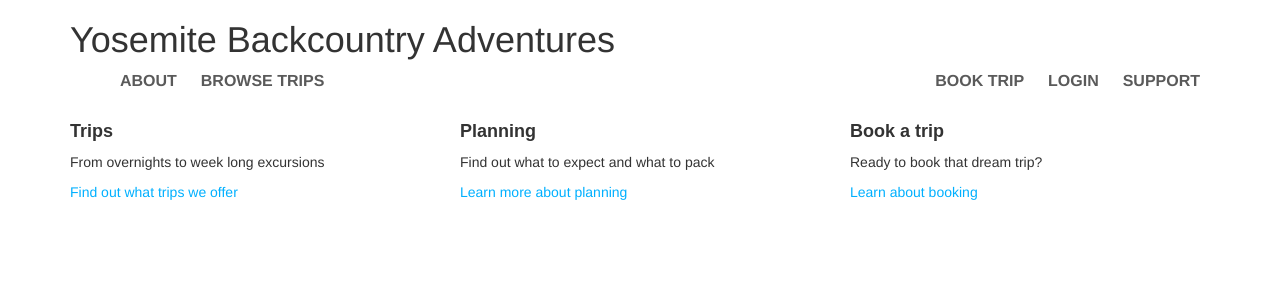
Repository: nageek17/eadventures
Page: http://localhost/products.php
The author's editor kept a record of every edit. The page is drawn from the files as they stood at one moment, then again after the next edit.
The browser window is 1280 px wide. The pictures show the whole page.
Some web libraries are served in a nearby version. The page is run by PHP 8.4 with error messages shown; the project is at /var/www/html/. Queries for data that is not in the repository find no rows.

Above is the page before.
Console error (its wording comes from the project's code and is left out).

### products.php
    <?php
    header(include 'header.php');

    $con=mysqli_connect("127.0.0.1","kdoung17","","eadventures");

    // Check connection
    if (mysqli_connect_errno()) {
        echo "Failed to connect to MySQL: " . mysqli_connect_error();
    }
    ?>

<?php
    $result = mysqli_query($con,"SELECT * FROM trips;");
    while($row = mysqli_fetch_array($result)) {
?>

  <div class="trips">
    <div class="jumbotron">

      <div class="container">
        <div class="row">
            <div class='col-md-4 thumbnail'>
                <img src=<?php echo $row["image"]; ?> >
            </div>
            <div class='col-md-4'>
                <h3><?php echo $row["trip_name"]; ?></h3>
                <p><?php echo $row["description"]; ?></p>
                </div>
            <div class='col-md-4'>
                <h3>Trip Information</h3>
                <ul>
                    <li>Length: <?php echo $row["length"]; ?> nights </li>
                    <li>Difficulty: <?php echo $row["difficulty"]; ?></li>
                    <li>Group Size: <?php echo $row["group_size"]; ?></li>
                    <li>Cost: $<?php echo $row["cost"]; ?></li>
                </ul>
    		    	<div class="caption">
                    <p><a href="#" class="btn btn-primary" role="button">Book now!</a></p>
              </div>
            </div>
          </div>
        </div>
    </div>
</div>

<?php }
mysqli_close($con);
?>

<?php
    include ('footer.php');
?>

### header.php
<!DOCTYPE html>
<html>
  <head>


    <link rel="stylesheet" href="//netdna.bootstrapcdn.com/bootstrap/3.1.1/css/bootstrap.min.css">
    <link rel="stylesheet" href="//netdna.bootstrapcdn.com/bootstrap/3.1.1/css/bootstrap-theme.min.css">

    <link rel="stylesheet" href="css/main.css">

    <title>eAdventures</title>

  </head>

<body>
    <div class="nav">
      <div class="container">
        <h1 class='heading'>Yosemite Backcountry Adventures</h1>
        <ul class="pull-left" class="active">
          <li><a href="home.php">about</a></li>
          <li><a href="products.php">Browse Trips</a></li>
        </ul>
        <ul class="pull-right">
          <li><a href="booking.html">Book trip</a></li>
          <li><a href="login.html">Login</a></li>
          <li><a href="support.html">Support</a></li>
        </ul>
      </div>
    </div>

### footer.php


<div class="learn-more">
	  <div class="container">
		<div class='row'>
	      <div class='col-md-4'>
			<h3>Trips</h3>
			<p>From overnights to week long excursions</p>
			<p><a href="products.php">Find out what trips we offer</a></p>
	      </div>
		  <div class='col-md-4'>
			<h3>Planning</h3>
			<p>Find out what to expect and what to pack</p>
			<p><a href="faq.php">Learn more about planning</a></p>
		  </div>
		  <div class='col-md-4'>
			<h3>Book a trip</h3>
			<p>Ready to book that dream trip?</p>
			<p><a href="booking.php">Learn about booking</a></p>
		  </div>
	    </div>
	  </div>
	</div>
</div>


<script type="text/javascript" src="jcart/js/jquery-1.4.4.min.js"></script>
<script type="text/javascript" src="jcart/js/jcart.min.js"></script>
<script src="https://maxcdn.bootstrapcdn.com/bootstrap/3.2.0/js/bootstrap.min.js"></script>

</body>
</html>

### jcart/config-loader.php
<?php

// jCart v1.3
// http://conceptlogic.com/jcart/

// By default, this file returns the $config array for use with PHP scripts
// If requested via Ajax, the array is encoded as JSON and echoed out to the browser

// Don't edit here, edit config.php
include_once('config.php');

// Use default values for any settings that have been left empty
if (!$config['currencyCode']) $config['currencyCode']                     = 'USD';
if (!$config['text']['cartTitle']) $config['text']['cartTitle']           = 'Shopping Cart';
if (!$config['text']['singleItem']) $config['text']['singleItem']         = 'Item';
if (!$config['text']['multipleItems']) $config['text']['multipleItems']   = 'Items';
if (!$config['text']['subtotal']) $config['text']['subtotal']             = 'Subtotal';
if (!$config['text']['update']) $config['text']['update']                 = 'update';
if (!$config['text']['checkout']) $config['text']['checkout']             = 'checkout';
if (!$config['text']['checkoutPaypal']) $config['text']['checkoutPaypal'] = 'Checkout with PayPal';
if (!$config['text']['removeLink']) $config['text']['removeLink']         = 'remove';
if (!$config['text']['emptyButton']) $config['text']['emptyButton']       = 'empty';
if (!$config['text']['emptyMessage']) $config['text']['emptyMessage']     = 'Your cart is empty!';
if (!$config['text']['itemAdded']) $config['text']['itemAdded']           = 'Item added!';
if (!$config['text']['priceError']) $config['text']['priceError']         = 'Invalid price format!';
if (!$config['text']['quantityError']) $config['text']['quantityError']   = 'Item quantities must be whole numbers!';
if (!$config['text']['checkoutError']) $config['text']['checkoutError']   = 'Your order could not be processed!';

if ($_GET['ajax'] == 'true') {
	header('Content-type: application/json; charset=utf-8');
	echo json_encode($config);
}
?>

### jcart/config.php
<?php

// jCart v1.3
// http://conceptlogic.com/jcart/

// Do NOT store any sensitive info in this file!!!
// It's loaded into the browser as plain text via Ajax


////////////////////////////////////////////////////////////////////////////////
// REQUIRED SETTINGS

// Path to your jcart files
$config['jcartPath']              = 'jcart/';

// Path to your checkout page
$config['checkoutPath']           = 'checkout.php';

// The HTML name attributes used in your item forms
$config['item']['id']             = 'my-item-id';    // Item id
$config['item']['name']           = 'my-item-name';    // Item name
$config['item']['price']          = 'my-item-price';    // Item price
$config['item']['qty']            = 'my-item-qty';    // Item quantity
$config['item']['url']            = 'my-item-url';    // Item URL (optional)
$config['item']['add']            = 'my-add-button';    // Add to cart button

// Your PayPal secure merchant ID
// Found here: https://www.paypal.com/webapps/customerprofile/summary.view
$config['paypal']['id']           = 'seller_1282188508_biz@conceptlogic.com';

////////////////////////////////////////////////////////////////////////////////
// OPTIONAL SETTINGS

// Three-letter currency code, defaults to USD if empty
// See available options here: http://j.mp/agNsTx
$config['currencyCode']           = '';

// Add a unique token to form posts to prevent CSRF exploits
// Learn more: http://conceptlogic.com/jcart/security.php
$config['csrfToken']              = false;

// Override default cart text
$config['text']['cartTitle']      = '';    // Shopping Cart
$config['text']['singleItem']     = '';    // Item
$config['text']['multipleItems']  = '';    // Items
$config['text']['subtotal']       = '';    // Subtotal
$config['text']['update']         = '';    // update
$config['text']['checkout']       = '';    // checkout
$config['text']['checkoutPaypal'] = '';    // Checkout with PayPal
$config['text']['removeLink']     = '';    // remove
$config['text']['emptyButton']    = '';    // empty
$config['text']['emptyMessage']   = '';    // Your cart is empty!
$config['text']['itemAdded']      = '';    // Item added!
$config['text']['priceError']     = '';    // Invalid price format!
$config['text']['quantityError']  = '';    // Item quantities must be whole numbers!
$config['text']['checkoutError']  = '';    // Your order could not be processed!

// Override the default buttons by entering paths to your button images
$config['button']['checkout']     = '';
$config['button']['paypal']       = '';
$config['button']['update']       = '';
$config['button']['empty']        = '';


////////////////////////////////////////////////////////////////////////////////
// ADVANCED SETTINGS

// Display tooltip after the visitor adds an item to their cart?
$config['tooltip']                = true;

// Allow decimals in item quantities?
$config['decimalQtys']            = false;

// How many decimal places are allowed?
$config['decimalPlaces']          = 1;

// Number format for prices, see: http://php.net/manual/en/function.number-format.php
$config['priceFormat']            = array('decimals' => 2, 'dec_point' => '.', 'thousands_sep' => ',');

// Send visitor to PayPal via HTTPS?
$config['paypal']['https']        = true;

// Use PayPal sandbox?
$config['paypal']['sandbox']      = false;

// The URL a visitor is returned to after completing their PayPal transaction
$config['paypal']['returnUrl']    = '';

// The URL of your PayPal IPN script
$config['paypal']['notifyUrl']    = '';

?>

### css/main.css
.home .heading {
  font-family: 'Shift', sans-serif;
  font-weight: bold;
}

.neighborhood-guides {
    background-color: #efefef;
    border-bottom: 1px solid #dbdbdb;
}

.neighborhood-guides h2{
    color: #393c3d;
    font-size: 24px;
}

.neighborhood-guides p {
    font-size: 15px;
    margin-bottom: 13px;
}

.nav a {
  color: #5a5a5a;
  font-size: 16px;
  font-weight: bold;
  padding: 14px 10px;
  text-transform: uppercase;
}

.nav li {
  display: inline;
}

.home .jumbotron {
  background-image:url('http://www.essenceinphotography.com/wp-content/uploads/2012/02/Yosemite-Valley-from-Glacier-Point.jpg');
  height: 500px;
}

.home .jumbotron .container {
  position: relative;
  top:100px;
}

.home .jumbotron h1 {
  color: #fff;
  font-size: 48px;
  font-family: 'Shift', sans-serif;
  font-weight: bold;
}

.home .jumbotron p {
  font-size: 20px;
  color: #fff;
}

.home .learn-more {
  background-color: #f7f7f7;
}

.learn-more h3 {
  font-family: 'Shift', sans-serif;
  font-size: 18px;
  font-weight: bold;
}

.learn-more a {
  color: #00b0ff;
}

.trips .jumbotron {
  background-color: #f7f7f7;

}

/*  products css page */
.trips .jumbotron p{
  font-size: 15px;

}

.trips .container{
        border-top-style: solid;
        border-top-color: #778899;

}

.trips .thumbnail {
  margin-top: 20px;
}

### jcart/js/jcart.min.js
// jCart v1.3
// http://conceptlogic.com/jcart/
$(function(){var a=(function(){var k="jcart",b=$("#jcart"),e=$("[name=jcartToken]").val(),i=$("#jcart-tooltip");var d=(function(){var l=null;$.ajax({url:k+"/config-loader.php",data:{ajax:"true"},dataType:"json",async:false,success:function(m){l=m},error:function(){alert("Ajax error: Edit the path in jcart.js to fix.")}});return l}());var f=(function(){if(d.tooltip===true){i.text(d.text.itemAdded);$(".jcart [type=submit]").mouseenter(function(m){var l=m.pageY+25,n=m.pageX+-10;$("body").append(i);i.css({top:n+"px",left:l+"px"})}).mousemove(function(m){var n=m.pageY+25,l=m.pageX+-10;i.css({top:n+"px",left:l+"px"})}).mouseleave(function(){i.hide()})}$("#jcart-buttons").remove();$.ajaxSetup({type:"POST",url:k+"/relay.php",success:function(l){b.html(l);$("#jcart-buttons").remove()},error:function(n,p){var o=n.status,l="Ajax error: ";if(o===0){l+="Check your network connection."}if(o===404||o===500){l+=o}if(p==="parsererror"||p==="timeout"){l+=p}alert(l)}})}());var c=$("#jcart-is-checkout").val();function j(n){var m=n.find("[name="+d.item.qty+"]"),l=n.find("[name="+d.item.add+"]");$.ajax({data:n.serialize()+"&"+d.item.add+"="+l.val(),success:function(o){if(m.val()>0&&i.css("display")==="none"){i.fadeIn("100").delay("400").fadeOut("100")}b.html(o);$("#jcart-buttons").remove()}})}function g(l){var o=l.parent().find('[name="jcartItemId[]"]').val();var n=l.val();if(n){var m=window.setTimeout(function(){$.ajax({data:{jcartUpdate:1,itemId:o,itemQty:n,jcartIsCheckout:c,jcartToken:e}})},1000)}l.keydown(function(p){if(p.which!==9){window.clearTimeout(m)}})}function h(m){var n=m.attr("href");n=n.split("=");var l=n[1];$.ajax({type:"GET",data:{jcartRemove:l,jcartIsCheckout:c}})}$(".jcart").submit(function(l){j($(this));l.preventDefault()});b.keydown(function(l){if(l.which===13){l.preventDefault()}});b.delegate('[name="jcartItemQty[]"]',"keyup",function(){g($(this))});b.delegate(".jcart-remove","click",function(l){h($(this));l.preventDefault()})}())});

Loaded but not shown: jcart/js/jquery-1.4.4.min.js (library)

After the next edit:
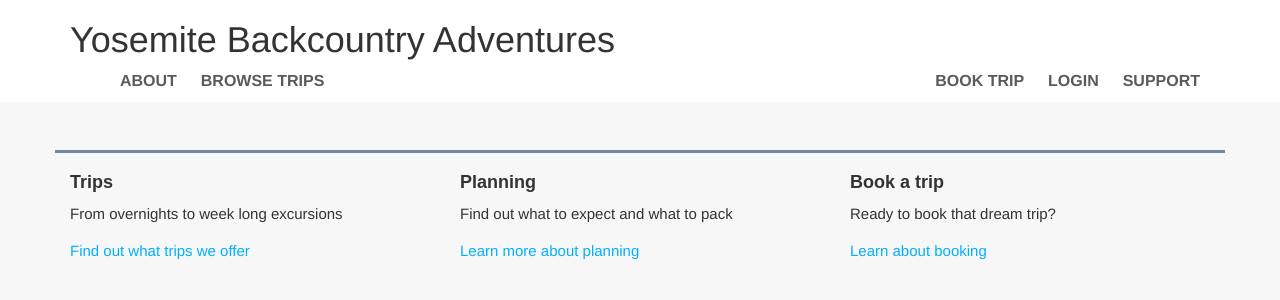
The edit:
--- a/products.php
+++ b/products.php
@@ -9,14 +9,16 @@
     }
     ?>
 
-<?php
-    $result = mysqli_query($con,"SELECT * FROM trips;");
-    while($row = mysqli_fetch_array($result)) {
-?>
+
 
   <div class="trips">
     <div class="jumbotron">
 
+
+        <?php
+        $result = mysqli_query($con,"SELECT * FROM trips;");
+        while($row = mysqli_fetch_array($result)) {
+        ?>
       <div class="container">
         <div class="row">
             <div class='col-md-4 thumbnail'>
